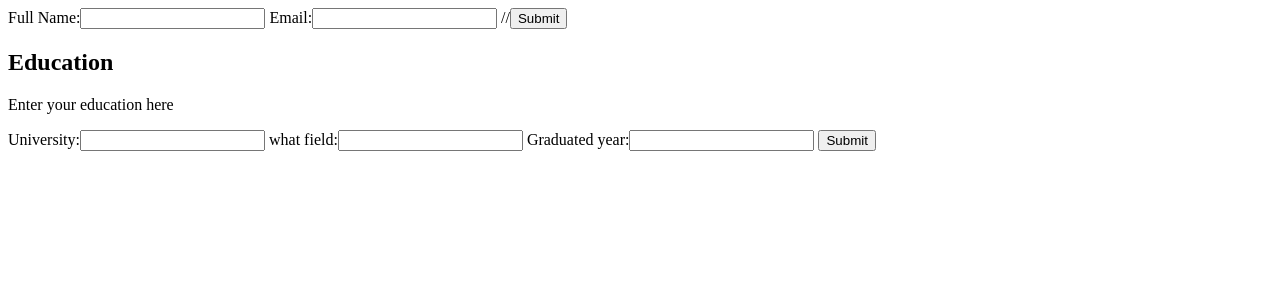
Repository: henokkeleta/SpringIt2
Page: WeekFour/WebContent/Resume1.html
These files come from the project's save history. The page is drawn as it stood at one moment and after the next save; the edit follows.
The browser window is 1280 px wide. The pictures show the whole page.

Above is the page before, as saved 2017-06-15 17:58:22.

After the next save:
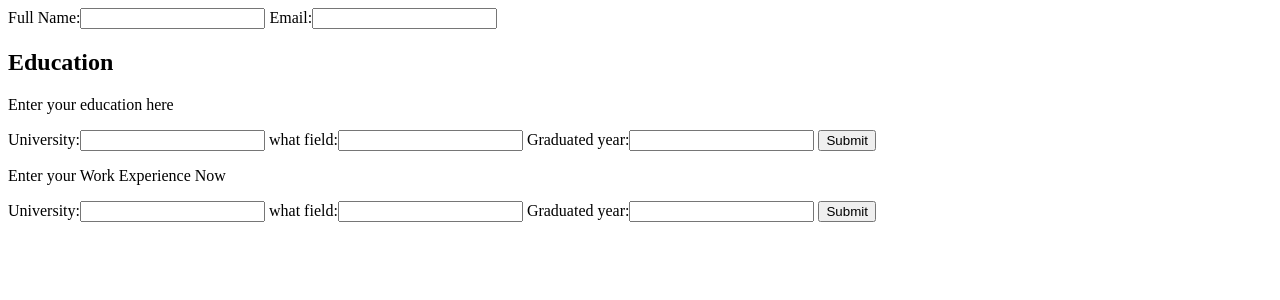
Saved 11 min 34 s later.
--- a/WeekFour/WebContent/Resume1.html
+++ b/WeekFour/WebContent/Resume1.html
@@ -5,14 +5,21 @@
 <title>Insert title here</title>
 </head>
 <body>
-<form action = "ResumeServlet" method = "post">
+<form action = "Resume2.jsp" method = "post">
 Full Name:<input type = "text" name = "FullName" >
 Email:<input type = "text" name = "Email" >
-//<input type = "Submit" value = "Submit">
+<!--<input type = "Submit" value = "Submit">-->
 </form>
 <h2>Education</h2>
 <p>Enter your education here</p>
-<form action = "ResumeServlet" method = "post">
+<form action = "EucationServlet" method = "post">
+University:<input type = "text" name = "Education" >
+what field:<input type = "text" name = "Education" >
+Graduated year:<input type = "text" name = "Education" >
+<input type = "Submit" value = "Submit">
+</form>
+<p>Enter your Work Experience Now</p>
+<form action = "EucationServlet" method = "post">
 University:<input type = "text" name = "Education" >
 what field:<input type = "text" name = "Education" >
 Graduated year:<input type = "text" name = "Education" >
